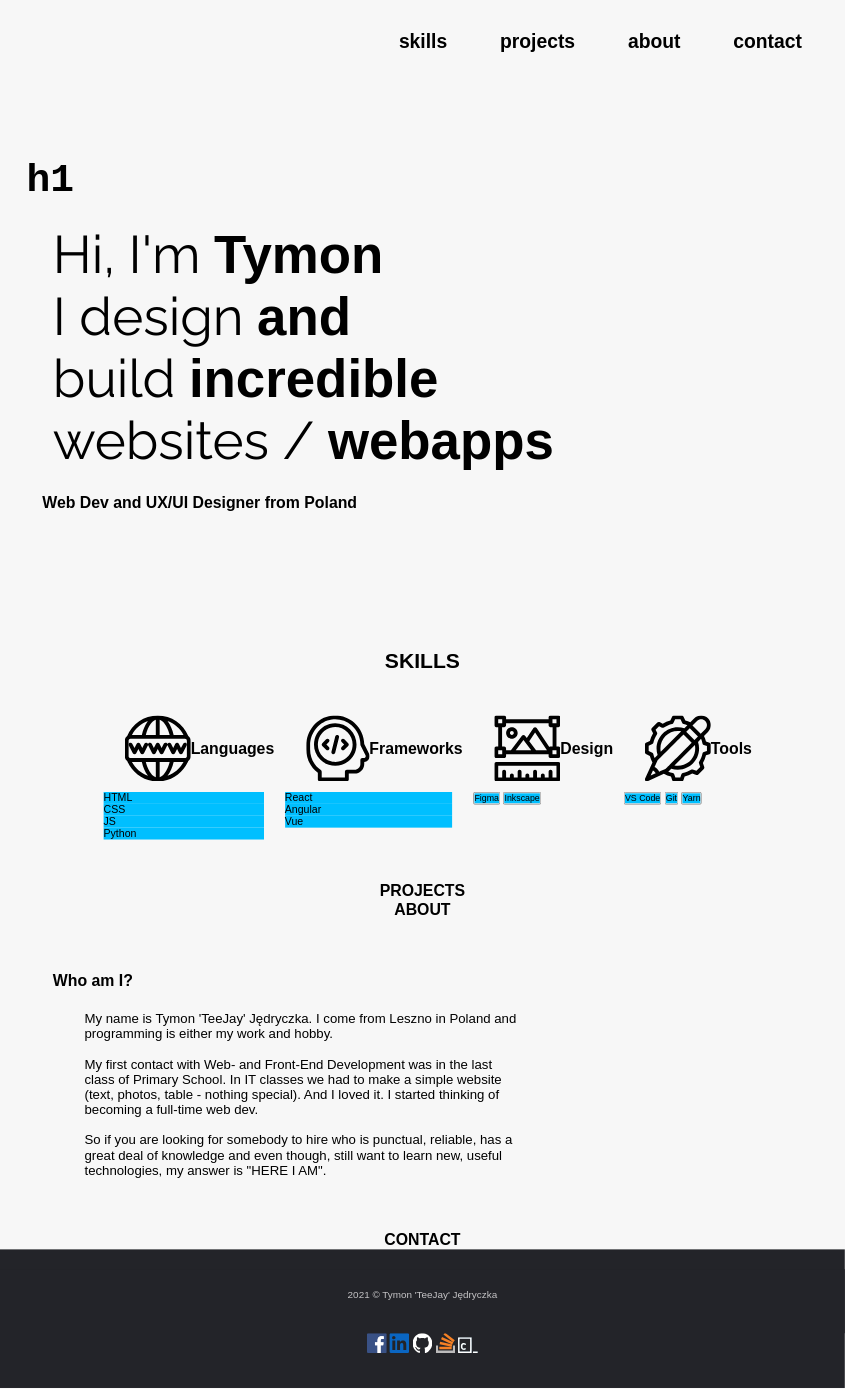
Repository: TeeJaysDev/Portfolio
Page: index.html
An editor plug-in stored every save of this project. The page is shown before and after the next save, followed by the edit.
The browser window is 1280 px wide. The pictures show the whole page, at 66% of full size.

Above is the page before, as saved 2021-04-23 22:33:27.

### index.html
<!DOCTYPE html>
<html lang="en">
<head>
    <meta charset="UTF-8">
    <meta http-equiv="X-UA-Compatible" content="IE=edge">
    <meta name="viewport" content="width=device-width, initial-scale=1.0">
    <script type="text/javascript" src="script.js"></script>
    <link rel="stylesheet" href="style.css">
    <link href="https://fonts.googleapis.com/css2?family=Raleway&display=swap" rel="stylesheet">
    <link href="https://fonts.googleapis.com/css2?family=Quicksand:wght@700&display=swap" rel="stylesheet">
    <title>Tymon Jędryczka | Portfolio</title>
</head>
<body>
    <header>
    </header>
    <nav>
        <a href="#skills"><h3>skills</h3></a>
        <a href="#projects"><h3>projects</h3></a>
        <a href="#about"><h3>about</h3></a>
        <a href="#contact"><h3>contact</h3></a>
    </nav>
    <main>
        <h2 class="welcome_part_h1">h1</h2>
        <h1 class="welcome_part">
            Hi, I'm <strong>Tymon</strong><br>
            I design <strong>and</strong><br>
            build <strong>incredible</strong><br>
            websites / <strong>webapps</strong>
        </h1>
        <h2 class="welcome_part_h2">
            Web Dev and UX/UI Designer from Poland
        </h2>
    </main>
    <div class="main">
        <center>
            <h1>
                SKILLS
            </h1>
        </center>
    <section id="skills">
        <div class="languages">
            <div class="box">
                <div class="imageh2">
                    <img src="Images/svg/languages.svg">
                    <h2>Languages</h2>
                </div>
                <div class="text">
                    <li>HTML</li>
                    <li>CSS</li>
                    <li>JS</li>
                    <li>Python</li>
                </div>
            </div>
        </div>
        <div class="frameworks">
            <div class="box">
                <div class="imageh2">
                    <img src="Images/svg/frameworks.svg">
                    <h2>Frameworks</h2>
                </div>
                <div class="text">
                    <li>React</li>
                    <li>Angular</li>
                    <li>Vue</li>
                </div>
            </div>
        </div>
        <div class="design">
            <div class="box">
                <div class="imageh2">
                    <img src="Images/svg/design.svg">
                    <h2>Design</h2>
                </div>
                <div class="text">
                    <button><li>Figma</li></button>
                    <button><li>Inkscape</li></button>
                </div>
            </div>
        </div>
        <div class="tools">
            <div class="box">
                <div class="imageh2">
                    <img src="Images/svg/tools.svg">
                    <h2>Tools</h2>
                </div>
                <div class="text">
                    <button><li>VS Code</li></button>
                    <button><li>Git</li></button>
                    <button><li>Yarn</li></button>
                </div>
            </div>
        </div>
    </section>
    <section id="projects">
        <center>
            <h1>
                PROJECTS
            </h1>
        </center>
    </section>
    <section id="about">
        <center>
            <h1>
                ABOUT
            </h1>
        </center>
        <h2>
            Who am I?
        </h2>
        <p>
            My name is Tymon 'TeeJay' Jędryczka. I come from Leszno in Poland and programming is either my work and hobby.
            <br><br>
            My first contact with Web- and Front-End Development was in the last class of Primary School. In IT classes we had to make a simple website (text, photos, table - nothing special). And I loved it. I started thinking of becoming a full-time web dev.
            <!-- <br><br> I am also a self-taught dev and with CodeCademy and YouTube I get knowledge of HTML5, CSS3, JS, and its frameworks (React, Angular, Vue). I call myself a 2-in-1 developer 'cause I design things (usually in Figma) and then make them real by writing some code. -->
            <br><br>
            So if you are looking for somebody to hire who is punctual, reliable, has a great deal of knowledge and even though, still want to learn new, useful technologies, my answer is "HERE I AM".
        </p>
    </section>
    <section id="contact">
        <center>
            <h1>
                CONTACT
            </h1>
        </center>
    </section>
    <footer>
        <h4>2021 &copy; Tymon 'TeeJay' Jędryczka</h4>
        <li><a href="https://facebook.com/tymonjedr/" target="_blank"><img src="Images/svg/facebook.svg" alt="Facebook LOGO"></a></li>
        <li><a href="https://linkedin.com/in/tymon-jedryczka/" target="_blank"><img src="Images/svg/linkedin.svg" alt="LinkedIn LOGO"></a></li>
        <li><a href="https://github.com/TeeJaysDev" target="_blank"><img src="Images/svg/github.svg" alt="GitHub LOGO"></a></li>
        <li><a href="https://stackoverflow.com/users/15029595/teejaysdev" target="_blank"><img src="Images/svg/stack.svg" alt="Stack LOGO"></a></li>
        <li><a href="https://codecademy.com/profiles/TeeJaysDev" target=”_blank”><img src="Images/svg/codecademy.svg" alt="CodeCademy LOGO"></a></li>
    </footer>
</body>
</html>

### style.css
* {
    margin: 0;
    padding: 0;
    font-family: sans-serif;
    text-decoration: none;
}

body {
    background-color: #F7F7F7;
}

nav {
    display: flex;
    justify-content: flex-end;
    margin-right: 0rem;
    margin-top: 0rem;
}

nav a {
    color: #000000;
    padding: 0.938rem;
    margin-top: 2rem;
    margin-right: 3.125rem;
    font-size: 1.563rem;
}

 main .welcome_part_h1 {
    font-family: monospace;
    font-size: 3.75rem;
    margin-top: 9rem;
    margin-left: 2.5rem;
    margin-bottom: 0rem;
}

main .welcome_part {
    margin-top: 2rem;
    margin-left: 5rem;
    margin-bottom: 2rem;
    font-family: Raleway;
    font-weight: lighter;
    font-size: 5rem;
    min-width: 18ch;
}

main .welcome_part_h2 {
    margin-bottom: 13rem;
    margin-left: 4rem;
}

#skills {
    display: flex;
    justify-content: center;
}

.box {

}

.imageh2 {
    display: flex;
    align-items: center;
    margin-left: 3rem;
    margin-top: 4rem;
}

.text {
    list-style: none;
    margin: 1rem;
}

.text li {
    background-color: #00BFFF;
}

#about p {
    font-size: 1.25rem;
    max-width: 60ch;
    margin-left: 8rem;
    margin-bottom: 5rem;
    margin-top: 2rem;
}

#about h2 {
    margin-left: 5rem;
    margin-top: 5rem;
}

#projects h1 {
    width: 15%;
    margin-top: 3rem;
}

#about h1 {
    width: 15%;
}

#contact h1 {
    width: 17%;
}

footer, footer h4 {
    color: #C5C4C6;
    background-color: #232429;
    font-family: Arial, Helvetica, sans-serif;
    font-size: 0.938rem;
    font-weight: lighter;
    text-align: center;
    z-index: -1;
    padding-top: 1.875rem;
    padding-bottom: 3.125rem;
}

footer li{
    margin: 0 1.25;
    display: inline;
}

body .error {
    text-align: center;
}

.error p {
    font-family: Quicksand;
    font-weight: 700;
    color: #000000;
    font-size: 20rem;
    margin-top: 5rem;
}

.error button a {
    text-decoration: none;
    text-align: center;
    color: #000000;
    font-size: 2rem;
    padding: 3rem;
}

.error .mainError {
    display: flex;
    text-align: center;
    margin-left: 40rem;
    margin-right: auto;
}

.error img {
    width: 250px;
}

.error button {
    margin-top: 10rem;
}
/* Smartphone (portrait) --- */

@media only screen
and (min-width: 320px)
and (max-width: 767px) {

    nav {
        display: flex;
        justify-content: flex-end;
        margin-right: 1rem;
        margin-top: 0rem;
    }

    nav a {
        padding: 0.938rem;
        margin-top: 2rem;
        margin-right: -1rem;
        font-size: 1rem;
    }

     main .welcome_part_h1 {
        font-family: monospace;
        font-size: 2.5rem;
        margin-top: 9rem;
        margin-left: 1rem;
    }

    main .welcome_part {
        margin-top: 1rem;
        margin-left: 2rem;
        margin-bottom: 2rem;
        font-size: 1.63rem;
        min-width: 18ch;
    }

    main .welcome_part_h2 {
        margin-bottom: 10rem;
        margin-left: 2rem;
        font-size: 1rem;
    }

    section h1 {
        font-size: 3rem;
        margin-bottom: 1.563rem;
    }

    #about p {
        font-size: 1.25rem;
        max-width: 22ch;
        margin-left: 2rem;
        margin-bottom: 5rem;
    }

    #about h2 {
        margin-left: 2rem;
        margin-top: 5rem;
    }

    footer, footer h4 {
        padding-top: 1.875rem;
        padding-bottom: 3.125rem;
        width: 100%;
    }

    footer li{
        margin: 0 1.25;
        display: inline;
    }
}



@media only screen
and (min-width: 768px)
and (max-width: 1024px)
and (orientation: portrait) {

    * {
        margin: 0;
        padding: 0;
        font-family: sans-serif;
        text-decoration: none;
    }

    body {
        background-color: #F7F7F7;
    }

    nav {
        display: flex;
        justify-content: flex-end;
        margin-right: 0rem;
        margin-top: 0rem;
    }

    nav a {
        color: #000000;
        padding: 0.938rem;
        margin-top: 2rem;
        margin-right: 3.125rem;
        font-size: 1.563rem;
    }

     main .welcome_part_h1 {
        font-family: monospace;
        font-size: 3.75rem;
        margin-top: 13rem;
        margin-left: 2.5rem;
        margin-bottom: 0rem;
    }

    main .welcome_part {
        margin-top: 2rem;
        margin-left: 5rem;
        margin-bottom: 2rem;
        font-family: Raleway;
        font-weight: lighter;
        font-size: 3.9rem;
        min-width: 18ch;
    }

    main .welcome_part_h2 {
        margin-bottom: 20rem;
        margin-left: 4rem;
    }

    #about p {
        font-size: 1.25rem;
        max-width: 45ch;
        margin-left: 8rem;
        margin-bottom: 5rem;
    }

    #about h2 {
        margin-left: 5rem;
        margin-top: 5rem;
    }

    #projects h1 {
        width: 15%;
        margin-top: 3rem;
    }

    #about h1 {
        width: 15%;
    }

    #contact h1 {
        width: 17%;
    }

    footer, footer h4 {
        color: #C5C4C6;
        background-color: #232429;
        font-family: Arial, Helvetica, sans-serif;
        font-size: 0.938rem;
        font-weight: lighter;
        text-align: center;
        z-index: -1;
        width: 100%;
        padding-top: 1.875rem;
        padding-bottom: 3.125rem;
    }

    body .error {
        text-align: center;
    }

    .error p {
        font-family: Quicksand;
        font-weight: 700;
        color: #000000;
        font-size: 20rem;
        margin-top: 5rem;
    }

    .error button a {
        text-decoration: none;
        text-align: center;
        color: #000000;
        font-size: 2rem;
        padding: 3rem;
    }

    .error .mainError {
        display: flex;
        text-align: center;
        margin-left: 40rem;
        margin-right: auto;
    }

    .error img {
        width: 250px;
    }

    .error button {
        margin-top: 10rem;
    }
}

@media only screen
and (min-width: 953)
and (max-width: 1230) {
     p {
        margin-left: 1rem;
    }
}

@media only screen
and (min-width: 550px)
and (max-width: 700px) {
    main .welcome_part_h1 {
        font-family: monospace;
        font-size: 3.75rem;
        margin-top: 13rem;
        margin-left: 2.5rem;
        margin-bottom: 0rem;
    }

    main .welcome_part {
        margin-top: 2rem;
        margin-left: 5rem;
        margin-bottom: 2rem;
        font-size: 2.6rem;
    }

    main .welcome_part_h2 {
        margin-bottom: 20rem;
        margin-left: 4rem;
    }
}

@media only screen
and (min-width: 1920px) {
    main .welcome_part_h1 {
        font-family: monospace;
        font-size: 3.75rem;
        margin-top: 13rem;
        margin-left: 2.5rem;
        margin-bottom: 0rem;
    }

    main .welcome_part {
        margin-top: 2rem;
        margin-left: 5rem;
        margin-bottom: 2rem;
        font-size: 5rem;
    }

    main .welcome_part_h2 {
        margin-bottom: 20rem;
        margin-left: 4rem;
        font-size: 2.5rem;
    }
}

Loaded but not shown: script.js (no stored copy; drawn as an empty file)

After the next save:
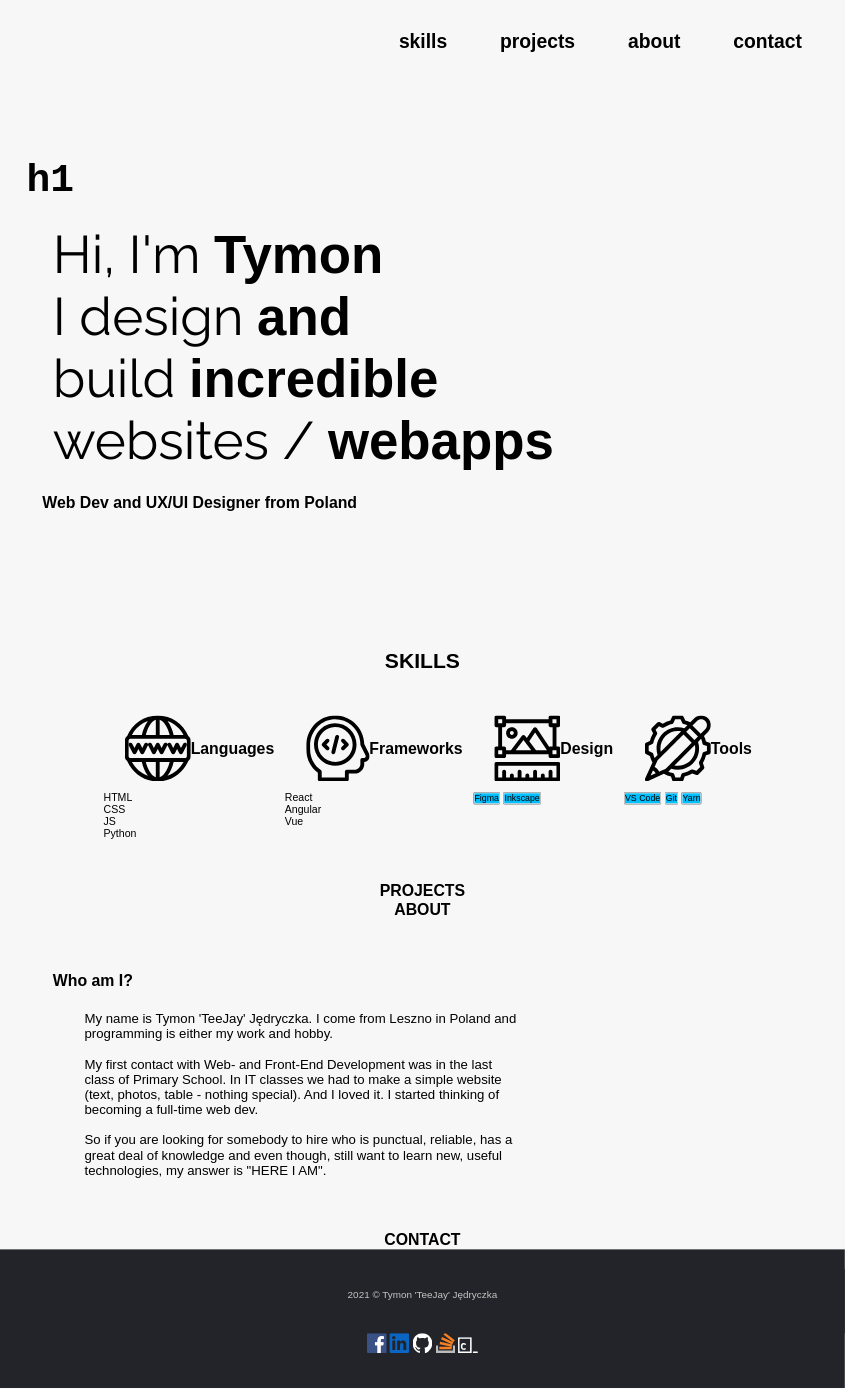
Saved 32 s later.
--- a/style.css
+++ b/style.css
@@ -68,7 +68,7 @@ main .welcome_part_h2 {
     margin: 1rem;
 }
 
-.text li {
+.text button li {
     background-color: #00BFFF;
 }
 
